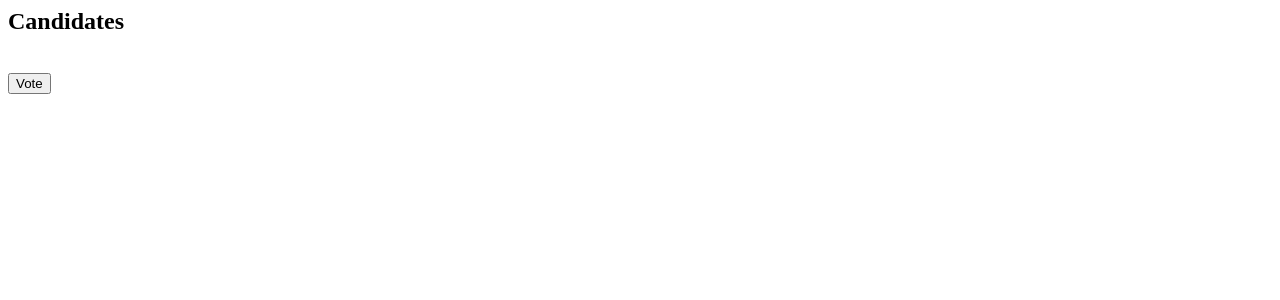
Repository: sunbeam-modular/IIT-08-B-Java
Page: http://localhost/voting_servlet/candlist
An editor plug-in stored every save of this project. The page is shown before and after a run of saves, followed by the edit.
The browser window is 1280 px wide. The pictures show the whole page.
The page is served by Tomcat 10. Queries for data that is not in the repository find no rows.

Above is the page before, as saved 2025-12-23 04:15:56.

After the next 2 saves:
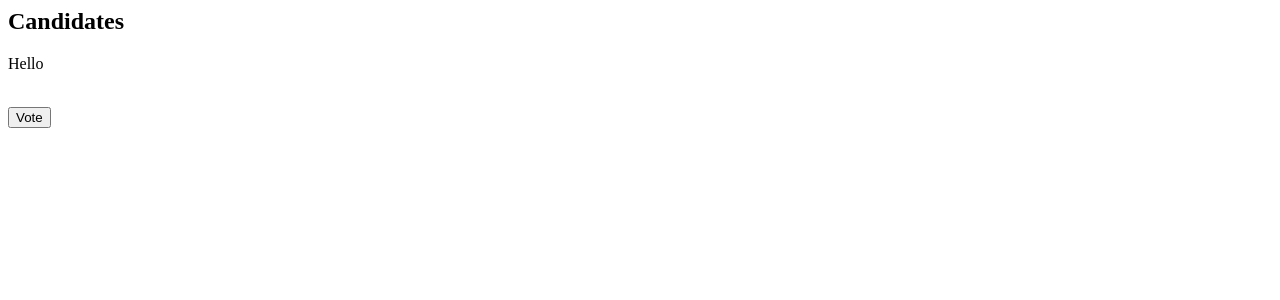
The 2 saves are shown as one change because 1 did not build or start.
The last was saved 38 s later.
--- a/Day07/codes/day2/voting_servlet/src/main/java/com/sunbeam/servlets/CandidateListServlet.java
+++ b/Day07/codes/day2/voting_servlet/src/main/java/com/sunbeam/servlets/CandidateListServlet.java
@@ -54,6 +54,7 @@ public class CandidateListServlet extends HttpServlet{
 				}
 			}
 		}
+		out.println("<p> Hello " + userName + "</p>");
 
 		out.println("<form method='post' action='vote'>");
 		for (Candidate cand : list) {
